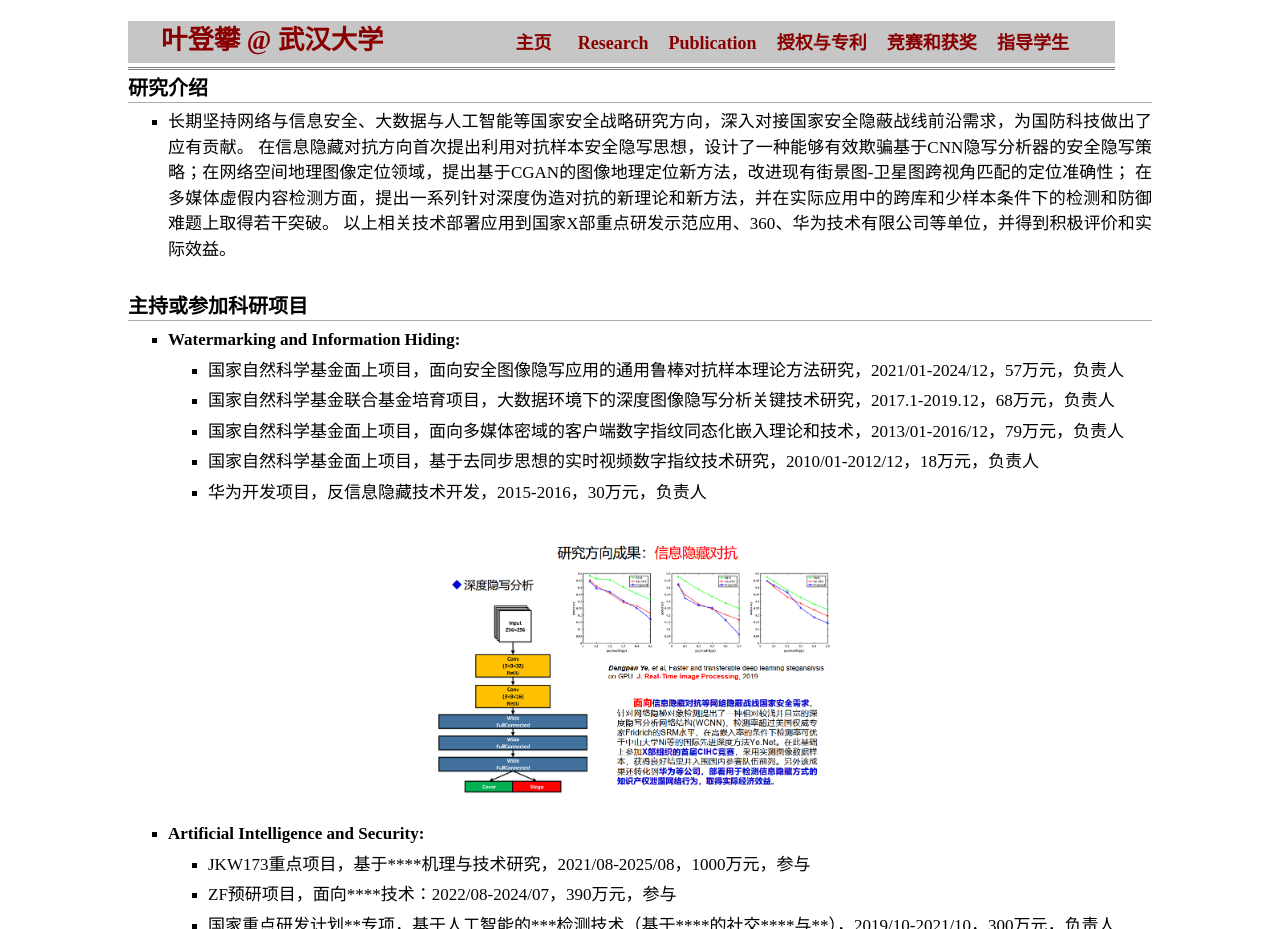
Repository: yedengpan/yedengpan.github.io
Page: research.html
The author's editor kept a copy of each file at every save. The page is drawn from the files as they stood at one save, then again after the next save.
The browser window is 1280 px wide. The pictures show the part of the page from y = 0 to 929 px (the page is 2067 px tall before and 1768 px after).
A picture or video elsewhere on the page could not be fetched, so the positions and the page height are approximate.

Above is the page before, as saved 2023-12-04 15:52:39.
Console error: SyntaxError: Unexpected token '%'

After the next save:
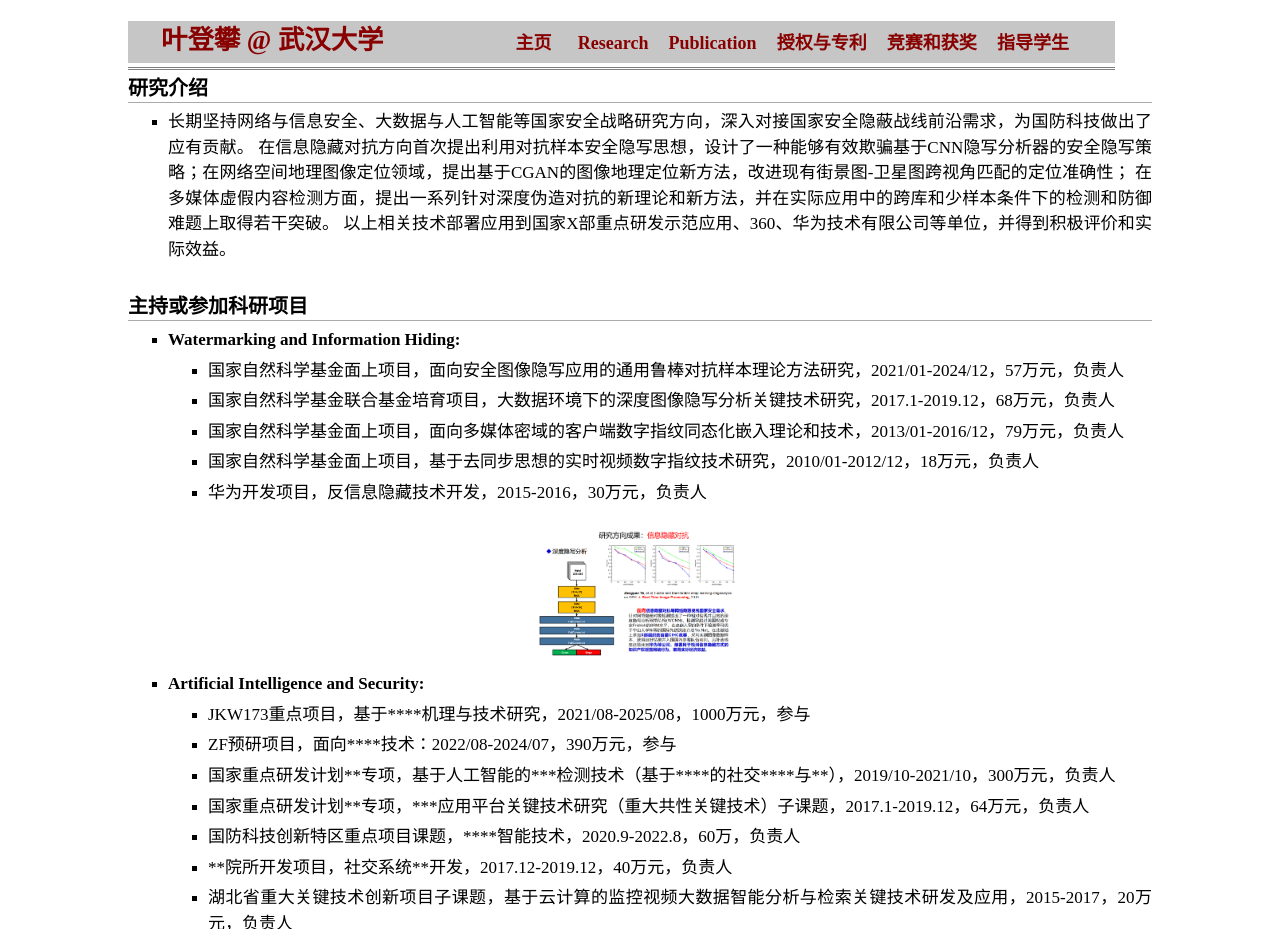
Saved 11 s later.
--- a/research.html
+++ b/research.html
@@ -13,7 +13,7 @@
         .center-image {
             display: block;
             margin: 0 auto;
-            width: 40%;
+            width: 20%;
         }
     </style>
 
